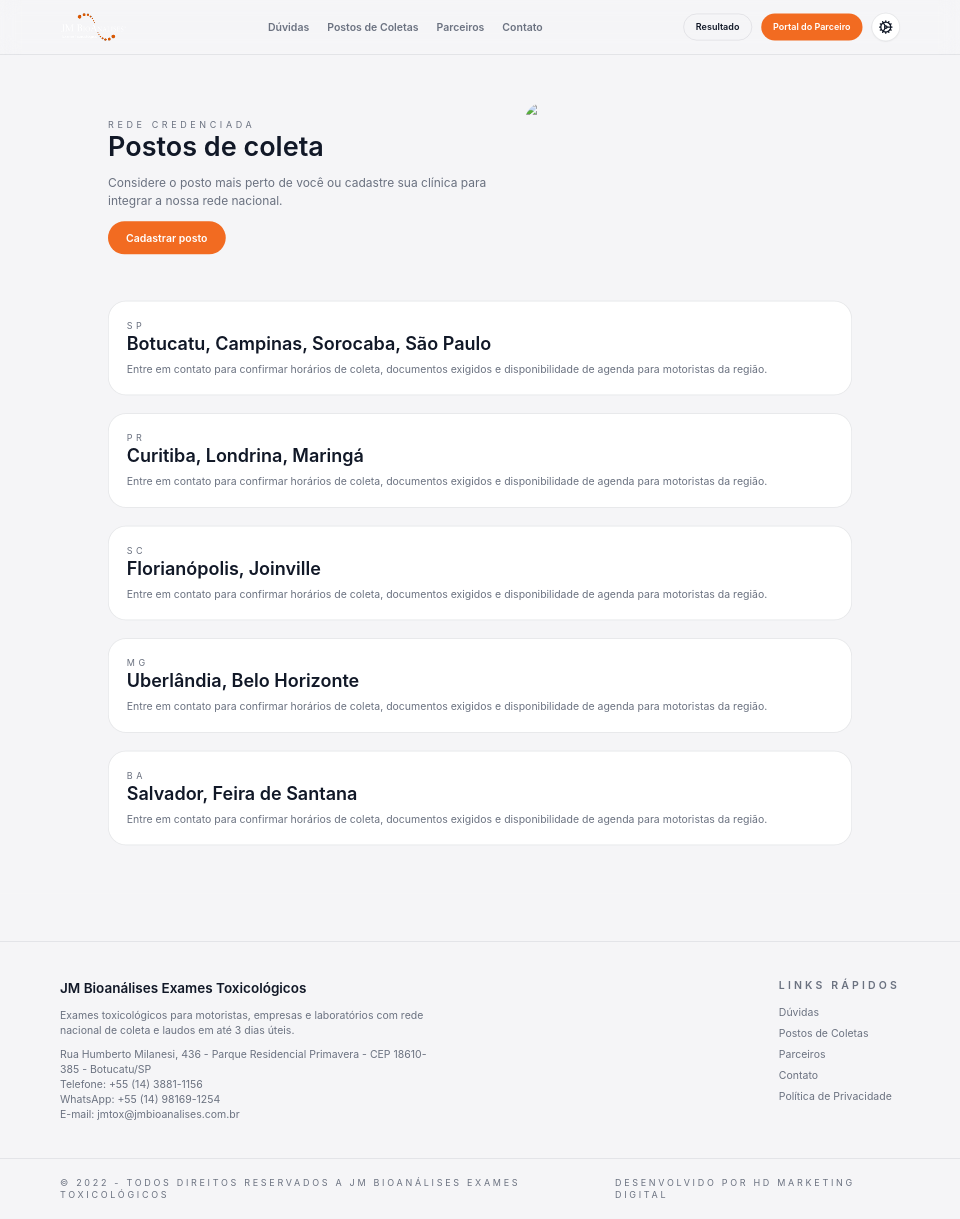
Repository: 1xLab/cat1
Page: /postos-de-coletas
These files come from the project's save history. The page is drawn as it stood at one moment and after the next save; the edit follows.
The browser window is 1280 px wide. The pictures show the whole page, at 75% of full size.
The page's requests for data from a server got no answer. The project was rebuilt for these pictures with package versions that can differ from the ones it lists, and the page was loaded fresh each time. The framework's server and built-in components were replaced by stand-ins that run in the browser. No one was signed in, and anything a server would have sent is missing. Also part of the build but not shown: next.config.ts.

Above is the page before, as saved 2025-11-19 21:47:38.

### src/app/layout.tsx
import type { Metadata } from "next";
import { Geist, Geist_Mono } from "next/font/google";
import "./globals.css";

import { Header } from "@/components/layout/header";
import { Footer } from "@/components/layout/footer";
import { baseMetadata } from "@/lib/seo";
import { LabSchema } from "@/components/seo/lab-schema";
import { TagManager } from "@/components/analytics/tag-manager";

const geistSans = Geist({
  variable: "--font-geist-sans",
  subsets: ["latin"],
});

const geistMono = Geist_Mono({
  variable: "--font-geist-mono",
  subsets: ["latin"],
});

export const metadata: Metadata = baseMetadata;

export default function RootLayout({
  children,
}: Readonly<{
  children: React.ReactNode;
}>) {
  return (
    <html lang="pt-BR" data-theme="sunrise">
      <body className={`${geistSans.variable} ${geistMono.variable} antialiased`}>
        <TagManager />
        <LabSchema />
        <Header />
        <main className="min-h-screen bg-[var(--color-bg)] text-[var(--color-text)]">
          {children}
        </main>
        <Footer />
      </body>
    </html>
  );
}

### src/app/postos-de-coletas/page.tsx
import Image from "next/image";
import type { Metadata } from "next";
import { Button } from "@/components/ui/button";

const states = [
  { sigla: "SP", cidades: ["Botucatu", "Campinas", "Sorocaba", "São Paulo"] },
  { sigla: "PR", cidades: ["Curitiba", "Londrina", "Maringá"] },
  { sigla: "SC", cidades: ["Florianópolis", "Joinville"] },
  { sigla: "MG", cidades: ["Uberlândia", "Belo Horizonte"] },
  { sigla: "BA", cidades: ["Salvador", "Feira de Santana"] },
];

export const metadata: Metadata = {
  title: "Postos de coleta | JM Tox",
};

const illustration = "/imagens/illustration-postos.svg";

export default function PostosPage() {
  return (
    <section className="mx-auto max-w-5xl px-4 py-16">
      <div className="grid gap-6 md:grid-cols-[1.1fr_0.9fr] md:items-center">
        <div className="space-y-4">
          <div>
            <p className="text-xs uppercase tracking-[0.4em] text-[var(--color-text-muted)]">
              Rede credenciada
            </p>
            <h1 className="text-4xl font-semibold text-[var(--color-text)]">
              Postos de coleta
            </h1>
          </div>
          <p className="text-[var(--color-text-muted)]">
            Considere o posto mais perto de você ou cadastre sua clínica para
            integrar a nossa rede nacional.
          </p>
          <Button asChild>
            <a href="/cadastro-postos-de-coleta">Cadastrar posto</a>
          </Button>
        </div>
        <div className="relative h-56 rounded-3xl">
          <Image
            src={illustration}
            alt="Caminhão em movimento"
            fill
            className="rounded-3xl object-cover"
            sizes="(min-width: 768px) 450px, 100vw"
          />
        </div>
      </div>

      <div className="mt-10 space-y-6">
        {states.map((state) => (
          <article
            key={state.sigla}
            className="rounded-3xl border border-[var(--color-outline)] bg-[var(--color-surface)] p-6"
          >
            <p className="text-xs uppercase tracking-[0.4em] text-[var(--color-text-muted)]">
              {state.sigla}
            </p>
            <h2 className="text-2xl font-semibold text-[var(--color-text)]">
              {state.cidades.join(", ")}
            </h2>
            <p className="mt-2 text-sm text-[var(--color-text-muted)]">
              Entre em contato para confirmar horários de coleta, documentos
              exigidos e disponibilidade de agenda para motoristas da região.
            </p>
          </article>
        ))}
      </div>
    </section>
  );
}

### src/app/globals.css
@tailwind base;
@tailwind components;
@tailwind utilities;

:root {
  --color-bg: #f5f5f7;
  --color-surface: #ffffff;
  --color-text: #111827;
  --color-text-muted: #6b7280;
  --color-primary: #f26b21;
  --color-primary-dark: #c65310;
  --color-header: #050608;
  --color-outline: rgba(15, 23, 42, 0.1);
}

[data-theme="sunrise"] {
  --color-bg: #f5f5f7;
  --color-surface: #ffffff;
  --color-text: #111827;
  --color-text-muted: #6b7280;
  --color-primary: #f26b21;
  --color-primary-dark: #c65310;
  --color-header: #050608;
}

[data-theme="midnight"] {
  --color-bg: #050608;
  --color-surface: #111827;
  --color-text: #f9fafb;
  --color-text-muted: #9ca3af;
  --color-primary: #f26b21;
  --color-primary-dark: #f26b21;
  --color-header: #000000;
  --color-outline: rgba(255, 255, 255, 0.1);
}

[data-theme="clinical"] {
  --color-bg: #f3f6fb;
  --color-surface: #ffffff;
  --color-text: #0f172a;
  --color-text-muted: #3f4d63;
  --color-primary: #2563eb;
  --color-primary-dark: #1d4ed8;
  --color-header: #0f172a;
  --color-outline: rgba(15, 23, 42, 0.08);
}

[data-theme="high-contrast"] {
  --color-bg: #000000;
  --color-surface: #000000;
  --color-text: #ffffff;
  --color-text-muted: #f3f4f6;
  --color-primary: #ffbf00;
  --color-primary-dark: #f59e0b;
  --color-header: #000000;
  --color-outline: rgba(255, 255, 255, 0.2);
}

[data-theme="dark"] {
  --color-bg: #111436;
  --color-surface: rgba(255, 255, 255, 0.08);
  --color-text: #fefefe;
  --color-text-muted: #d4ddff;
  --color-primary: #f97316;
  --color-primary-dark: #ea580c;
  --color-header: rgba(17, 20, 54, 0.9);
  --color-outline: rgba(255, 255, 255, 0.2);
}

@layer base {
  * {
    box-sizing: border-box;
  }

  body {
    background: var(--color-bg);
    color: var(--color-text);
    font-family: "Inter", system-ui, -apple-system, BlinkMacSystemFont,
      "Segoe UI", sans-serif;
    min-height: 100vh;
  }
}

@layer utilities {
  .text-balance {
    text-wrap: balance;
  }

  .glass-panel {
    background: color-mix(in srgb, var(--color-surface) 90%, transparent);
    backdrop-filter: blur(18px);
    border: 1px solid color-mix(in srgb, var(--color-outline) 80%, transparent);
    border-radius: 1.5rem;
    box-shadow: 0 15px 45px rgba(15, 23, 42, 0.12);
  }
}

### src/components/layout/header.tsx
import Image from "next/image";
import Link from "next/link";
import { ThemeSwitcher } from "@/components/theme-switcher";
import { Button } from "@/components/ui/button";

const navItems = [
  { label: "Dúvidas", href: "/duvidas-frequentes" },
  { label: "Postos de Coletas", href: "/postos-de-coletas" },
  { label: "Parceiros", href: "/parceiros" },
  { label: "Contato", href: "/contato" },
];

export function Header() {
  return (
    <header className="sticky top-0 z-40 border-b border-[var(--color-outline)] bg-[var(--color-header)]/15 backdrop-blur-md">
      <div className="container mx-auto flex max-w-6xl items-center justify-between gap-4 px-4 py-4">
        <Link href="/" className="flex items-center gap-3">
          <Image
            src="/logo-jm-bioanalises-branco.png"
            alt="JM Bioanálises"
            width={150}
            height={42}
            className="h-10 w-auto"
            priority
          />
          <span className="sr-only">JM Bioanálises</span>
        </Link>
        <nav className="hidden items-center gap-6 text-sm font-semibold text-[var(--color-text-muted)] lg:flex">
          {navItems.map((item) => (
            <Link
              key={item.href}
              href={item.href}
              className="transition hover:text-[var(--color-text)]"
            >
              {item.label}
            </Link>
          ))}
        </nav>
        <div className="flex items-center gap-3">
          <Button asChild variant="outline" size="sm">
            <Link href="/duvidas-frequentes#resultado-online">Resultado</Link>
          </Button>
          <Button asChild size="sm">
            <Link href="/parceiros">Portal do Parceiro</Link>
          </Button>
          <ThemeSwitcher />
        </div>
      </div>
      <div className="border-t border-[var(--color-outline)] bg-[var(--color-header)] px-4 py-3 lg:hidden">
        <nav className="flex flex-wrap gap-3 text-sm font-semibold text-[var(--color-text-muted)]">
          {navItems.map((item) => (
            <Link
              key={item.href}
              href={item.href}
              className="rounded-full border border-gray-600 px-3 py-1 transition hover:border-[var(--color-primary)] hover:text-white"
            >
              {item.label}
            </Link>
          ))}
        </nav>
      </div>
    </header>
  );
}

### src/components/layout/footer.tsx
import Link from "next/link";

import { siteConfig } from "@/lib/site";

const quickLinks = [
  { label: "Dúvidas", href: "/duvidas-frequentes" },
  { label: "Postos de Coletas", href: "/postos-de-coletas" },
  { label: "Parceiros", href: "/parceiros" },
  { label: "Contato", href: "/contato" },
  { label: "Política de Privacidade", href: "/politica-de-privacidade" },
];

export function Footer() {
  return (
    <footer className="mt-16 border-t border-[var(--color-outline)] bg-[var(--color-surface)]/95">
      <div className="mx-auto flex max-w-6xl flex-col gap-8 px-4 py-12 md:flex-row md:justify-between">
        <div className="max-w-lg space-y-3">
          <p className="text-lg font-semibold text-[var(--color-text)]">
            {siteConfig.name}
          </p>
          <p className="text-sm text-[var(--color-text-muted)]">
            {siteConfig.description}
          </p>
          <div className="text-sm text-[var(--color-text-muted)]">
            <p>{siteConfig.address}</p>
            <p>Telefone: {siteConfig.contacts.phone}</p>
            <p>WhatsApp: {siteConfig.contacts.mobile}</p>
            <p>E-mail: {siteConfig.contacts.email}</p>
          </div>
        </div>
        <div>
          <p className="text-sm font-semibold uppercase tracking-[0.3em] text-[var(--color-text-muted)]">
            Links rápidos
          </p>
          <ul className="mt-4 space-y-2 text-sm">
            {quickLinks.map((link) => (
              <li key={link.href}>
                <Link
                  href={link.href}
                  className="text-[var(--color-text-muted)] transition hover:text-[var(--color-text)]"
                >
                  {link.label}
                </Link>
              </li>
            ))}
          </ul>
        </div>
      </div>
      <div className="border-t border-[var(--color-outline)]">
        <div className="mx-auto flex max-w-6xl flex-col gap-2 px-4 py-6 text-xs uppercase tracking-[0.3em] text-[var(--color-text-muted)] md:flex-row md:items-center md:justify-between">
          <p>
            © 2022 - Todos Direitos Reservados a JM Bioanálises Exames Toxicológicos
          </p>
          <p>Desenvolvido por HD Marketing Digital</p>
        </div>
      </div>
    </footer>
  );
}

### src/lib/seo.ts
import type { Metadata } from "next";
import { siteConfig } from "./site";

type SEOParams = {
  title?: string;
  description?: string;
  path?: string;
};

export const baseMetadata: Metadata = {
  metadataBase: new URL(siteConfig.url),
  title: {
    default: `${siteConfig.name} | Laboratório de Toxicologia`,
    template: `%s | ${siteConfig.name}`,
  },
  description: siteConfig.description,
  openGraph: {
    type: "website",
    url: siteConfig.url,
    title: siteConfig.name,
    description: siteConfig.description,
    images: [
      {
        url: siteConfig.ogImage,
        width: 1200,
        height: 630,
        alt: siteConfig.name,
      },
    ],
  },
  twitter: {
    card: "summary_large_image",
    title: siteConfig.name,
    description: siteConfig.description,
    images: [siteConfig.ogImage],
  },
  icons: {
    icon: "/favicon.ico",
  },
};

export const generatePageMetadata = ({
  title,
  description,
  path = "",
}: SEOParams): Metadata => ({
  ...baseMetadata,
  title,
  description,
  alternates: {
    canonical: path ? `${siteConfig.url}${path}` : siteConfig.url,
  },
});

### src/components/seo/lab-schema.tsx
export function LabSchema() {
  const jsonLd = {
    "@context": "https://schema.org",
    "@type": "MedicalOrganization",
    name: "JM Bioanálises Exames Toxicológicos",
    url: "https://jmtox.com.br",
    address: {
      "@type": "PostalAddress",
      streetAddress:
        "Rua Humberto Milanesi, 436 - Parque Residencial Primavera",
      addressLocality: "Botucatu",
      addressRegion: "SP",
      postalCode: "18610-385",
      addressCountry: "BR",
    },
    contactPoint: {
      "@type": "ContactPoint",
      telephone: "+55-14-3881-1156",
      contactType: "customer service",
      availableLanguage: ["Portuguese", "English"],
    },
    sameAs: ["https://www.linkedin.com/company/jmbioanalises"],
    medicalSpecialty: ["Toxicologic"],
  };

  return (
    <script
      type="application/ld+json"
      dangerouslySetInnerHTML={{ __html: JSON.stringify(jsonLd) }}
    />
  );
}

### src/components/analytics/tag-manager.tsx
"use client";

import Script from "next/script";

export function TagManager() {
  const id = process.env.NEXT_PUBLIC_GTM_ID;
  if (!id) return null;

  return (
    <>
      <Script id="gtm-loader">
        {`
          (function(w,d,s,l,i){w[l]=w[l]||[];w[l].push({'gtm.start':
          new Date().getTime(),event:'gtm.js'});var f=d.getElementsByTagName(s)[0],
          j=d.createElement(s),dl=l!='dataLayer'?'&l='+l:'';j.async=true;j.src=
          'https://www.googletagmanager.com/gtm.js?id='+i+dl;f.parentNode.insertBefore(j,f);
          })(window,document,'script','dataLayer','${id}');
        `}
      </Script>
      <noscript>
        <iframe
          src={`https://www.googletagmanager.com/ns.html?id=${id}`}
          height="0"
          width="0"
          style={{ display: "none", visibility: "hidden" }}
        />
      </noscript>
    </>
  );
}

### src/components/ui/button.tsx
"use client";

import * as React from "react";
import { Slot } from "@radix-ui/react-slot";
import { cva, type VariantProps } from "class-variance-authority";

import { cn } from "@/lib/utils";

const buttonVariants = cva(
  "inline-flex items-center justify-center whitespace-nowrap rounded-full text-sm font-semibold transition focus-visible:outline-none focus-visible:ring-2 focus-visible:ring-[var(--color-primary)] disabled:pointer-events-none disabled:opacity-60",
  {
    variants: {
      variant: {
        default:
          "bg-[var(--color-primary)] text-white hover:bg-[var(--color-primary-dark)]",
        secondary:
          "bg-[var(--color-surface)] text-[var(--color-text)] border border-[var(--color-outline)] hover:border-[var(--color-primary)]",
        outline:
          "border border-[var(--color-outline)] text-[var(--color-text)] hover:border-[var(--color-primary)] hover:text-[var(--color-text)]",
        ghost: "text-[var(--color-text)] hover:bg-[var(--color-outline)]/30",
        link: "underline-offset-4 text-[var(--color-primary)] hover:underline",
      },
      size: {
        default: "h-11 px-6",
        sm: "h-9 px-4 text-xs",
        lg: "h-12 px-8 text-base",
        icon: "h-10 w-10",
      },
    },
    defaultVariants: {
      variant: "default",
      size: "default",
    },
  }
);

export interface ButtonProps
  extends React.ButtonHTMLAttributes<HTMLButtonElement>,
    VariantProps<typeof buttonVariants> {
  asChild?: boolean;
}

const Button = React.forwardRef<HTMLButtonElement, ButtonProps>(
  ({ className, variant, size, asChild = false, ...props }, ref) => {
    const Comp = asChild ? Slot : "button";
    return (
      <Comp
        className={cn(buttonVariants({ variant, size, className }))}
        ref={ref}
        {...props}
      />
    );
  }
);
Button.displayName = "Button";

export { Button, buttonVariants };

### src/components/theme-switcher.tsx
"use client";

import { useEffect, useState } from "react";
import { Cog, Check } from "lucide-react";
import { cn } from "@/lib/utils";

const themes = [
  { id: "sunrise", name: "Sunrise Light", description: "Luz natural com laranja vibrante." },
  { id: "midnight", name: "Midnight Dark", description: "Interface escura para salas de comando." },
  { id: "clinical", name: "Clinical Light", description: "Azul clínico com fundos neutros." },
  { id: "high-contrast", name: "High Contrast", description: "Alto contraste para máxima leitura." },
];

function applyThemeValue(
  value: string,
  setTheme: (theme: string) => void
) {
  const next = themes.find((item) => item.id === value) ? value : "sunrise";
  setTheme(next);
  document.documentElement.setAttribute("data-theme", next);
  try {
    localStorage.setItem("jmbio-theme", next);
  } catch {
    /* ignore */
  }
}

export function ThemeSwitcher() {
  const [open, setOpen] = useState(false);
  const [theme, setTheme] = useState("sunrise");

  useEffect(() => {
    let stored = "sunrise";
    try {
      stored = localStorage.getItem("jmbio-theme") || "sunrise";
    } catch {
      stored = "sunrise";
    }
    applyThemeValue(stored, setTheme);
  }, []);

  function apply(value: string) {
    applyThemeValue(value, setTheme);
  }

  return (
    <div className="relative">
      <button
        aria-label="Alterar tema do site"
        className="rounded-full border border-[var(--color-outline)] bg-[var(--color-surface)] p-2 text-[var(--color-text)] shadow-sm transition hover:shadow-md"
        onClick={() => setOpen((prev) => !prev)}
      >
        <Cog className="h-5 w-5" />
      </button>
      {open && (
        <div className="absolute right-0 z-50 mt-3 w-64 rounded-2xl border border-[var(--color-outline)] bg-[var(--color-surface)] p-4 shadow-xl">
          <p className="text-xs font-semibold uppercase tracking-[0.3em] text-[var(--color-text-muted)]">
            Temas
          </p>
          <div className="mt-3 space-y-2">
            {themes.map((item) => (
              <button
                key={item.id}
                className={cn(
                  "flex w-full items-start gap-2 rounded-2xl border border-transparent p-3 text-left transition hover:border-[var(--color-outline)]",
                  theme === item.id && "border-[var(--color-primary)] bg-[var(--color-primary)]/10"
                )}
                onClick={() => apply(item.id)}
              >
                <span className="mt-1 text-[var(--color-primary)]">
                  {theme === item.id ? <Check className="h-4 w-4" /> : <span className="block h-4 w-4 rounded-full border border-[var(--color-outline)]" />}
                </span>
                <span>
                  <span className="font-semibold text-[var(--color-text)]">{item.name}</span>
                  <span className="block text-xs text-[var(--color-text-muted)]">{item.description}</span>
                </span>
              </button>
            ))}
          </div>
        </div>
      )}
    </div>
  );
}

### src/lib/site.ts
export const siteConfig = {
  name: "JM Bioanálises Exames Toxicológicos",
  description:
    "Exames toxicológicos para motoristas, empresas e laboratórios com rede nacional de coleta e laudos em até 3 dias úteis.",
  url: "https://jmtox.com.br",
  ogImage: "/logo-jm-bioanalises-branco.png",
  social: {
    linkedin: "https://www.linkedin.com/company/jmbioanalises",
    whatsapp: "https://api.whatsapp.com/send?phone=5514981691254",
  },
  contacts: {
    phone: "+55 (14) 3881-1156",
    mobile: "+55 (14) 98169-1254",
    email: "jmtox@jmbioanalises.com.br",
  },
  address:
    "Rua Humberto Milanesi, 436 - Parque Residencial Primavera - CEP 18610-385 - Botucatu/SP",
};

export type SiteConfig = typeof siteConfig;

### src/lib/utils.ts
import { type ClassValue, clsx } from "clsx";
import { twMerge } from "tailwind-merge";

export function cn(...inputs: ClassValue[]) {
  return twMerge(clsx(inputs));
}

export function formatPhone(phone: string) {
  const digits = phone.replace(/\D/g, "");
  const match = digits.match(/^(\d{2})(\d{5})(\d{4})$/);
  if (!match) return phone;
  return `(${match[1]}) ${match[2]}-${match[3]}`;
}

export function slugify(value: string) {
  return value
    .toLowerCase()
    .normalize("NFD")
    .replace(/[\u0300-\u036f]/g, "")
    .replace(/[^a-z0-9]+/g, "-")
    .replace(/(^-|-$)+/g, "");
}

export function formatIsoDate(date: string) {
  return new Date(date).toLocaleDateString("pt-BR", {
    day: "2-digit",
    month: "short",
    year: "numeric",
  });
}

### tailwind.config.ts
import type { Config } from "tailwindcss";
import { fontFamily } from "tailwindcss/defaultTheme";
import animate from "tailwindcss-animate";

const config: Config = {
  darkMode: ["class"],
  content: ["./src/**/*.{ts,tsx}"],
  theme: {
    container: {
      center: true,
      padding: {
        DEFAULT: "1.5rem",
        md: "2rem",
      },
      screens: {
        "2xl": "1320px",
      },
    },
    extend: {
      colors: {
        border: "hsl(var(--border))",
        input: "hsl(var(--input))",
        ring: "hsl(var(--ring))",
        background: "hsl(var(--background))",
        foreground: "hsl(var(--foreground))",
        primary: {
          DEFAULT: "hsl(var(--primary))",
          foreground: "hsl(var(--primary-foreground))",
        },
        secondary: {
          DEFAULT: "hsl(var(--secondary))",
          foreground: "hsl(var(--secondary-foreground))",
        },
        muted: {
          DEFAULT: "hsl(var(--muted))",
          foreground: "hsl(var(--muted-foreground))",
        },
        accent: {
          DEFAULT: "hsl(var(--accent))",
          foreground: "hsl(var(--accent-foreground))",
        },
        destructive: {
          DEFAULT: "hsl(var(--destructive))",
          foreground: "hsl(var(--destructive-foreground))",
        },
        card: {
          DEFAULT: "hsl(var(--card))",
          foreground: "hsl(var(--card-foreground))",
        },
      },
      borderRadius: {
        lg: "var(--radius)",
        md: "calc(var(--radius) - 2px)",
        sm: "calc(var(--radius) - 4px)",
      },
      fontFamily: {
        sans: ["var(--font-geist-sans)", ...fontFamily.sans],
        mono: ["var(--font-geist-mono)", ...fontFamily.mono],
      },
      backgroundImage: {
        "grid-fade":
          "radial-gradient(circle at 20% 20%, hsla(var(--primary),0.25), transparent 55%), radial-gradient(circle at 80% 0%, hsla(var(--accent),0.3), transparent 60%)",
      },
    },
  },
  plugins: [animate],
};

export default config;

After the next save:
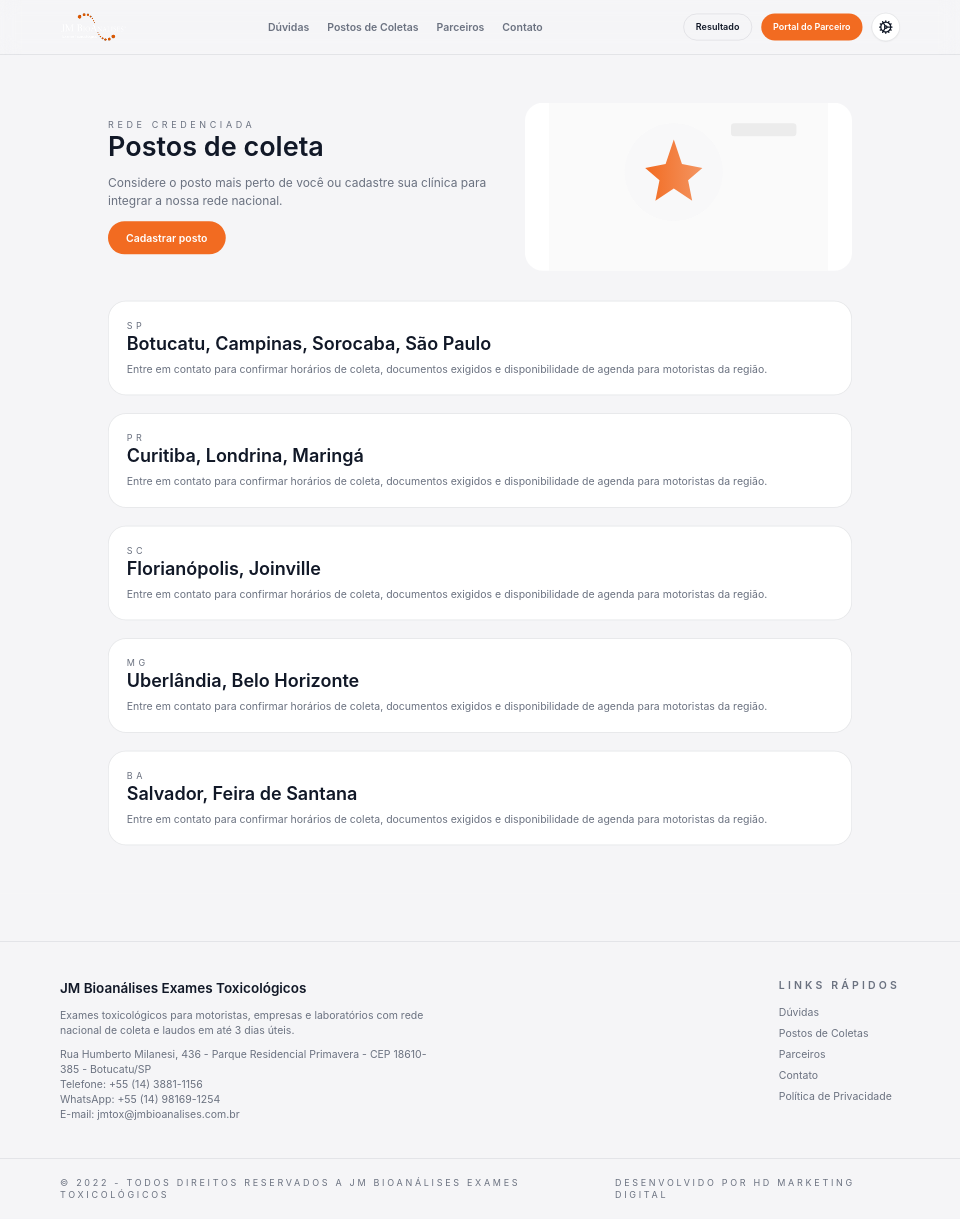
Saved 17 s later.
--- a/src/app/postos-de-coletas/page.tsx
+++ b/src/app/postos-de-coletas/page.tsx
@@ -14,7 +14,7 @@ export const metadata: Metadata = {
   title: "Postos de coleta | JM Tox",
 };
 
-const illustration = "/imagens/illustration-postos.svg";
+const illustration = "/imagens/illustration-postos-clean.svg";
 
 export default function PostosPage() {
   return (
